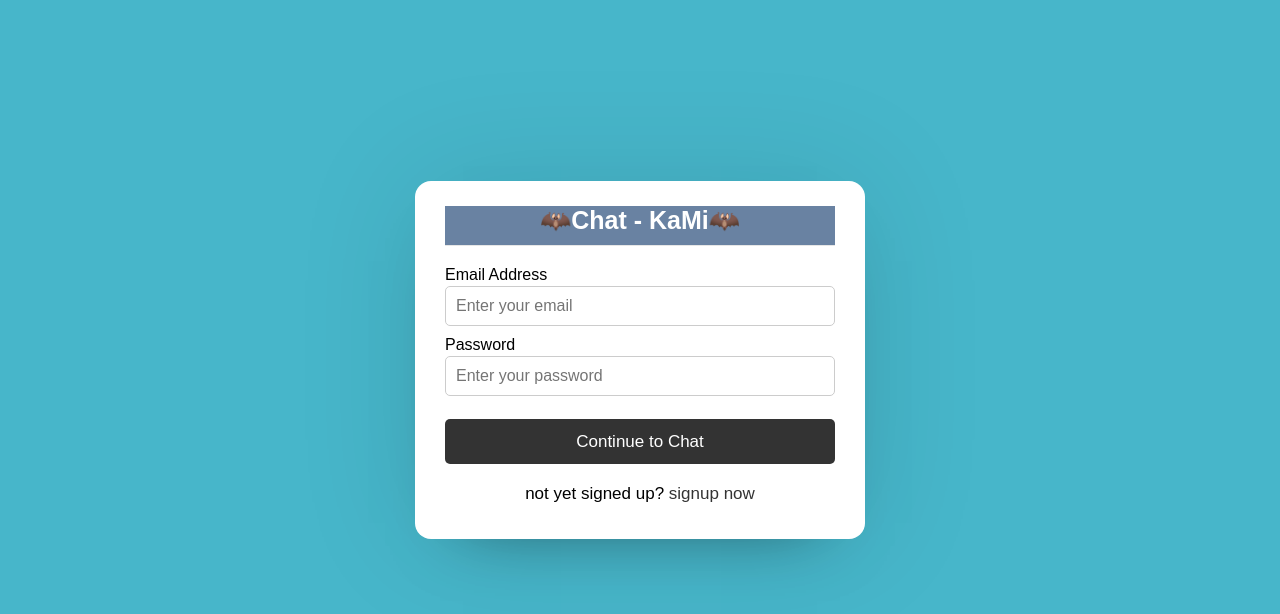
Repository: kananavy/CONQUER
Page: http://localhost/login.php
These files come from the project's save history. The page is drawn as it stood at one moment and after a run of saves; the edit follows.
The browser window is 1280 px wide. The pictures show the whole page.
The page is run by PHP 8.4 with error messages shown; the project is at /var/www/html/.

Above is the page before, as saved 2023-01-21 00:20:44.

### login.php
<?php
session_start();
if(isset($_SESSION['unique_id'])){ //if user logged in
    header("location: user.php");
}
?>
<?php include_once "header.php"; ?>
<body>
    <div class="wrapper">
        <section class="form login">
            <header>🦇Chat - KaMi🦇</header>
            <form action="#"  autocomplete="off">
                <div class="error-txt"></div>
                    <div class="field input">
                        <label>Email Address</label>
                        <input type="email" name="email" placeholder="Enter your email" >
                    </div>
                    <div class="field input">
                        <label>Password</label>
                        <input type="password" name="password" placeholder="Enter your password" >
                        <i class="fas fa-eye"></i>
                    </div>
                    <div class="field button">
                        <input type="submit" value="Continue to Chat">
                    </div>
            </form>
            <div class="link">not yet signed up? <a href="index.php">signup now</a></div>
        </section>
    </div>
    <script src="javascript/login.js"></script>
</body>
</html>

### header.php
<!DOCTYPE html>
<html lang="en">
<head>
    <meta charset="UTF-8">
    <meta http-equiv="X-UA-Compatible" content="IE=edge">
    <meta name="viewport" content="width=device-width, initial-scale=1.0">
    <title>Teste</title>
    <link rel="stylesheet" href="chat.css">
</head>

### chat.css
*{
    margin: 0;
    padding: 0;
    box-sizing: border-box;
    text-decoration: none;
    font-family: 'Poppins', sans-serif;
}
body{
    display: flex;
    align-items: center;
    justify-content: center;
    min-height: 100vh;
    /* background: #8bc7d6; */
    background-color: rgb(71, 182, 202);
}
.wrapper{
    background: #fff;
    width: 450px;
    border-radius: 16px;
    box-shadow: 0 0 128px 0 rgba(0, 0, 0, 0.1),
                0 32px 64px -48px rgba(0, 0, 0, 0.5);
}

/*signup Form CSS code */
.form{
    padding: 25px 30px ;
}
.form header{
    font-size: 25px;
    font-weight: 600;
    padding-bottom: 10px;
    border-bottom: 1px solid #e6e6e6;
    color: rgb(255, 255, 255);
    text-align: center;
    background-color: rgba(41, 76, 122, 0.699);

}
.form form{
    margin: 20px 0;
}
.form form .error-txt{
    color: #721c24;
    background: #f8d7da;
    padding: 8px 10px;
    text-align: center;
    border-radius: 5px;
    margin-bottom: 10px;
    border: 1px solid #f5c6cb;
    display: none;
}
.form form .name-details{
    display: flex;
}
form .name-details .field:first-child{
    margin-right: 10px;
}
form .name-details .field:last-child{
    margin-left: 10px;
}
.form form .field{
    display: flex;
    flex-direction: column;
    margin-bottom: 10px;
}
.form form .field label{
    margin-bottom: 2px;
}
.form form .field input{
    outline: none;
}
.form form .input input{
    height: 40px;
    width: 100%;
    font-size:16px;
    padding: 0 10px;
    border: 1px solid#ccc;
    border-radius: 5px;
}
.form form .image input{
    font-size: 17px;
}
.form form .button input{
    margin-top: 13px;
    height: 45px;
    border: none;
    font-size: 17px;
    font-weight: 400;
    background: #333;
    color: #fff;
    border-radius: 5px;
    cursor: pointer;
}
.form .link{
    text-align: center;
    margin: 10px 0;
    font-size: 17px;
}
.form .link a{
    color: #333;
}
.form .link a:hover{
    text-decoration: underline;
}

/* Users Area CSS code */
.users{
    padding: 25px 30px;
}
.users header,
.users-list a{
    display: flex;
    align-items: center;
    padding-bottom: 20px;
    justify-content: space-between;
    border-bottom: 1px solid #e6e6e6;
}
.wrapper img{
    object-fit: cover;
    border-radius: 50%;
}
:is(.users, .users-list) .content{
    display: flex;
    align-items: center;
}
.users header .content img{
    height: 50px;
    width: 60px;
}
:is(.users, .users-list) .details{
    color: #000;
    margin-left: 15px;
}
:is(.users, .users-list) .details span{
    font-size:18px ;
    font-weight: 500;
}
.users header .logout{
  color: #fff;
  font-size: 17px;
  padding: 7px 15px;
  background: #333;
  border-radius: 5px;
}
.users .search{
    margin: 20px 0;
    display: flex;
    position: relative;
    align-items: center;
    justify-content: space-between;
}
.users .search .text{
    font-size: 18px;
}
.users .search input{
    position: absolute;
    height: 42px;
    width: calc(100% - 50px);
    border: 1px solid #ccc;
    padding: 0 13px ;
    font-size: 16px;
    border-radius: 5px 0 0 5px;
    outline: none;
    opacity: 0;
    pointer-events: none;
    transition: all 0.3s ease;
}
.users .search input.active{
    opacity: 1;
    pointer-events: auto;
}
.users .search button{
    width: 47px;
    height: 42px;
    border: none;
    outline: none;
    color: #333;
    background: #fff;
    cursor: pointer;
    font-size: 17px;
    border-radius: 0 5px 5px 0;
    transition: all 0.2s ease;

}
.users .search button.active{
    color: #fff;
    background: #333;
}
.users-list{
    max-height: 300px;
    overflow: auto;
}
:is(.users-list, .chat-box)::-webkit-scrollbar{
    width: 0px;

}
.users-list a{
    padding-right: 15px;
    margin-bottom: 15px;
    padding-right: 10px;
}
.users-list a .content img{
    height: 40px;
    width: 40px;
    border-bottom-color: #f1f1f1;
}
.users-list a .content p{
    color: #67676a;
}
.users-list a:last-child{
    border:none;
    margin-bottom: 0px;
}
.users-list a .status-dot{
    font-size: 15px;
    color: #05b43f;
}
/* We'll use this class name in phpto show offline status */
.users-list a .status-dot.offline{
   color: rgb(43, 32, 32);
   visibility: hidden;
}

/* Chat Area VSS code */
.chat-area header{
    display: flex;
    align-items: center;
    padding: 18px 30px;
}
.chat-area header .back-icon{
    font-size: 18px;
    color: #333;
}
.chat-area header img{
    height: 45px;
    width: 45px;
    margin: 0 15px;
}
.chat-area header span{
    font-size: 17px;
    font-weight: 500;
}
.chat-box{
    height: 400px;
    overflow: auto;
    background: #f7f7f7;
    padding: 10x 30px 20px 30px;
    box-shadow: inset 0 32px 32px -32px rgb(0 0 0 /5%),
                inset 0 32px 32px -32px rgb(0 0 0 /5%);
}
.chat-box .chat{
    margin: 15px 0;
}
.chat-box .chat p{
    word-wrap: break-word;
   padding: 8px 16px;
   box-shadow: 0 0 32px rgb(0 0 0 / 8%),
                0 16px 16px -16px rgb(0 0 0 / 10%);
}
.chat-box .outgoing{
    display: flex;
    align-items: flex-end;
}
.outgoing .details{
    margin-left: 10px;
    margin-right: auto;
    max-width: calc(100% - 130px);
}
.outgoing .details p{
    background: rgb(52, 51, 134);
    color: #fff;
    border-radius: 18px 18px 18px 0;
}
.chat-box .incoming{
    display: flex;
    /* align-items: flex-end; */
}
.chat-box .outgoing img{
    height: 35px;
    width: 35px;
}
.incoming .details{
    margin-right: 10px;
    margin-left: auto;
    max-width: calc(100% - 130px);
}
.incoming .details{
    background: #333;
    color: #fff;
    border-radius: 18px 18px 0 18px;
}
.chat-area .typing-area{
    padding: 18px 30px;
    display: flex;
    justify-content: space-between;
}
.typing-area input{
    height: 45px;
    width: calc(100% - 58px);
    font-size: 17px;
    border: 1px solid #ccc;
    padding: 0 13px;
    border-radius: 5px 0 0 5px;
    outline: none;
}
.typing-area button{
    width: 55px;
    border: none;
    outline: none;
    background: #333;
    color: #fff;
    border-radius: 0 5px 5px 0;
}

### javascript/login.js
const form = document.querySelector(".login form"),
continueBtn = form.querySelector(".button input"),
errorText = form.querySelector(".error-txt");

form.onsubmit = (e)=>{
    e.preventDefault(); //preventing form form submitting
}

continueBtn.onclick = ()=>{
// let's start Ajax
    let xhr = new XMLHttpRequest(); //creating XML object
    xhr.open("POST", "php/login.php", true);
    xhr.onload = ()=>{
        if(xhr.readyState === XMLHttpRequest.DONE){
            if(xhr.status === 200){
                let data = xhr.response;
                console.log(data);
                if(data == "success"){
                    location.href = "user.php";
                }else{
                    errorText.textContent = data;
                    errorText.style.display = "block";
                }
            }
        }
    }
    // we have to send the form date thought ajax to php
    let formData = new FormData(form); //crating new formData Object
    xhr.send(formData); //Sending the form data to php
}

After the next 2 saves:
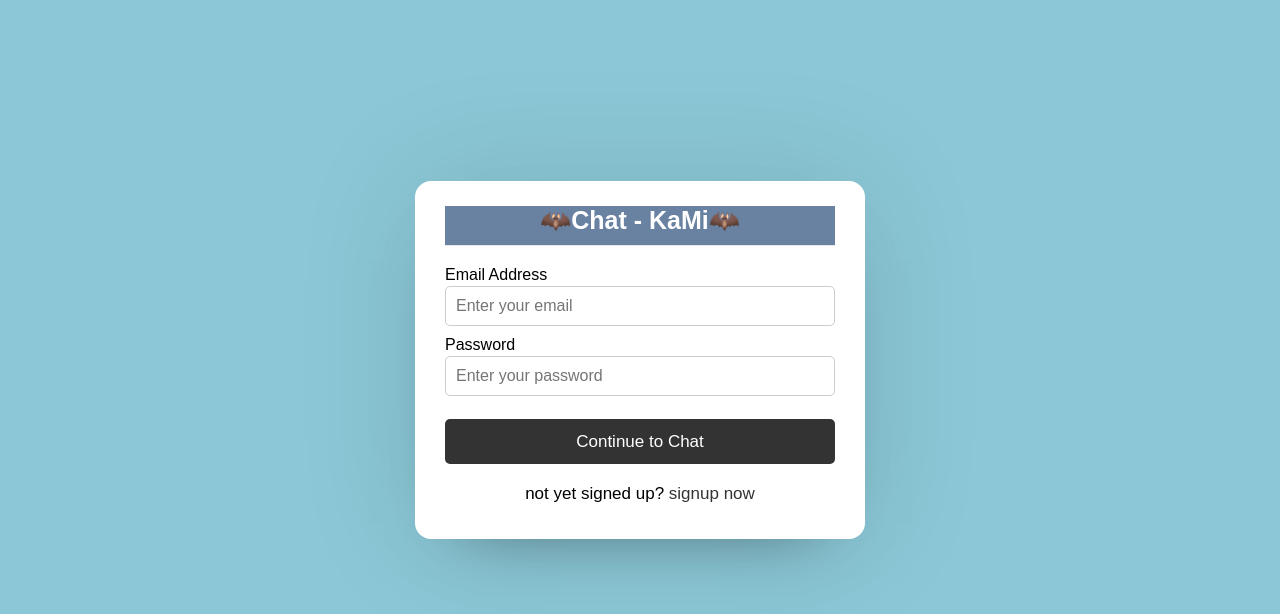
The 2 saves are shown as one change because they came seconds apart.
The last was saved 2 min 17 s later.
--- a/chat.css
+++ b/chat.css
@@ -10,8 +10,8 @@ body{
     align-items: center;
     justify-content: center;
     min-height: 100vh;
-    /* background: #8bc7d6; */
-    background-color: rgb(71, 182, 202);
+    background: #8bc7d6;
+    /* background-color: rgb(71, 182, 202); */
 }
 .wrapper{
     background: #fff;
